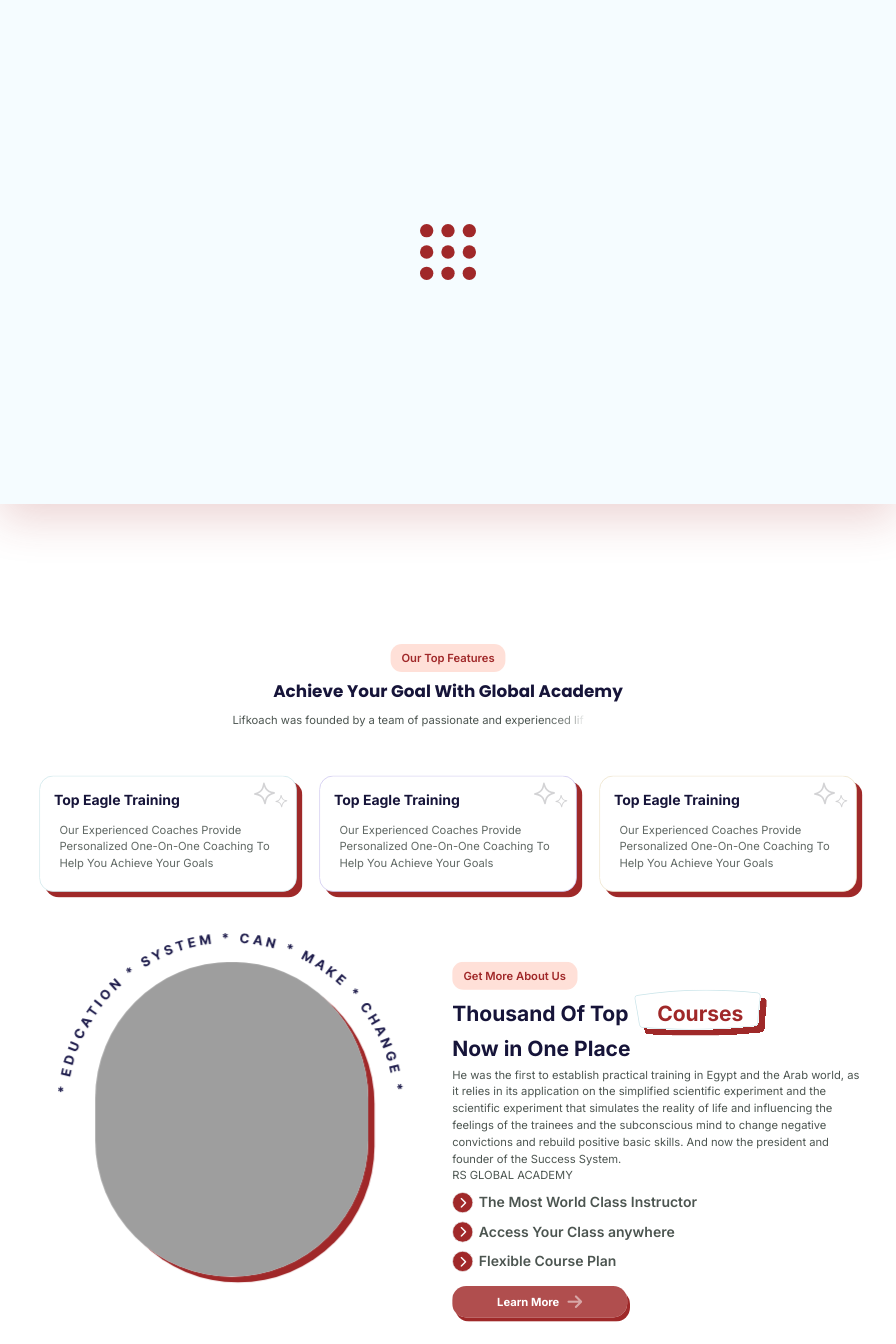
Repository: OmarAhmedEl-hanafy/OT_FRONT
Page: /
An editor plug-in stored every save of this project. The page is shown before and after the next save, followed by the edit.
The browser window is 1280 px wide. The pictures show the part of the page from y = 0 to 1920 px (the page is 5898 px tall), at 70% of full size.
Pictures or frames that could not be fetched are drawn as grey boxes. The page's requests for data from a server got no answer. The project was rebuilt for these pictures with package versions that can differ from the ones it lists, and the page was loaded fresh each time. No one was signed in, and anything a server would have sent is missing. Also part of the build but not shown: vite.config.ts, src/components/Legout/Legout.tsx, src/pages/AboutUs/AboutUs.css, src/pages/AboutUs/Section2.tsx, src/pages/AboutUs/Section3.tsx, src/pages/AboutUs/Section4.css, src/pages/AboutUs/Section4.tsx, src/pages/AboutUs/AboutUs.tsx and 28 more. Imported but missing from the stored project, and not drawn on this page: src/assets/images/video-1.mp4.

Above is the page before, as saved 2024-07-31 13:44:39.

After the next save:
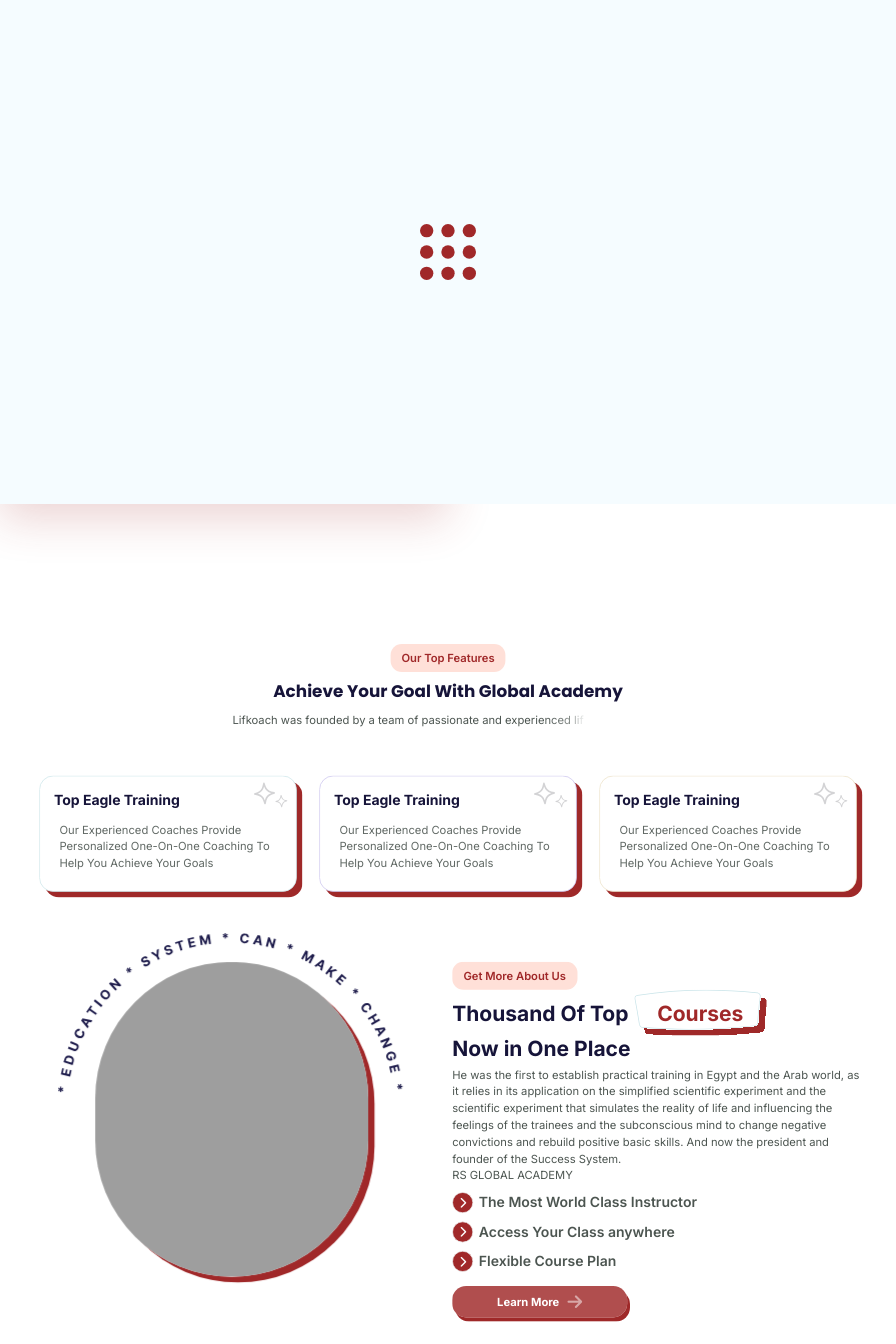
Saved 32 s later.
--- a/src/components/HomeComponents/Header.tsx
+++ b/src/components/HomeComponents/Header.tsx
@@ -66,7 +66,7 @@ function Header() {
             "linear-gradient(180deg, rgba(160, 41, 41, 0) 0%, rgba(160, 41, 41, 0.77) 100%)",
           boxShadow: "0px 30px 60px rgba(160, 41, 41, 0.2)",
         }}
-        className="absolute top-0 left-0 w-full h-[85%] -z-10"
+        className="absolute top-0 left-0 w-[50%] h-[85%] -z-10"
       >
         <img className="" src={bg} />
       </div>
